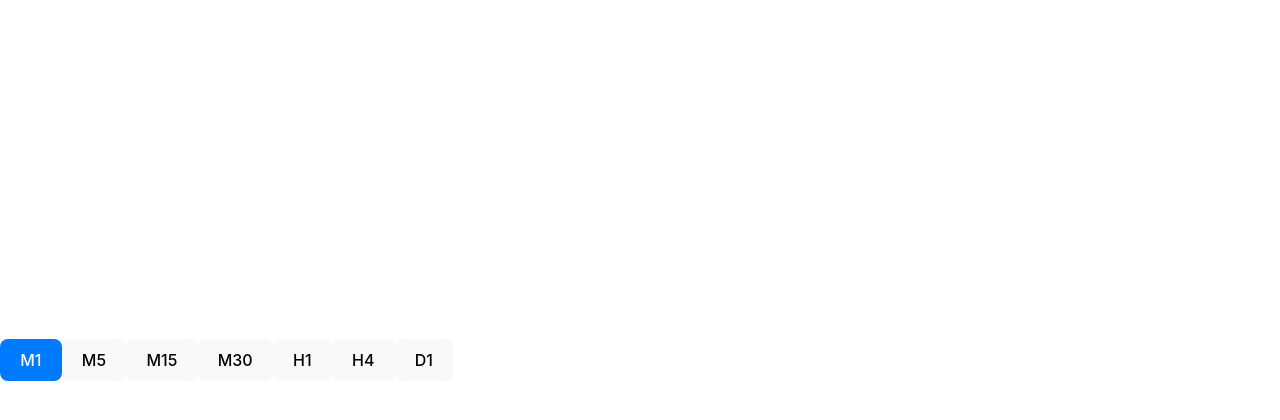
Repository: Deobp/RetroTrader
Page: /
An editor plug-in stored every save of this project. The page is shown before and after the next save, followed by the edit.
The browser window is 1280 px wide. The pictures show the whole page.
The project was rebuilt for these pictures with package versions that can differ from the ones it lists, and the page was loaded fresh each time. Also part of the build but not shown: vite.config.js.

Above is the page before, as saved 2024-11-16 23:25:41.

### src/App.jsx
import { useState } from 'react'
import './App.css'
import TimeframeControls from './components/Controls/TimeframeControls';

function App() {
  const [timeframe, setTimeframe] = useState('1m');
  return (
    <div>
      <TimeframeControls setTf={setTimeframe} activeTf={timeframe} />
    </div>
  )

}

export default App

### src/App.css
.timeframe-buttons button.active {
  background-color: #007bff; /* Change to your desired active color */
  color: white; /* Change text color for better contrast */
}

### src/components/Controls/TimeframeControls.jsx
import React from "react";

const TimeframeControls = ({ setTf, activeTf }) => {
  return (
    <div className="timeframe-buttons">

      <button onClick={() => setTf('1m')} className={activeTf === '1m' ? 'active' : ''}>M1</button>
      <button onClick={() => setTf('5m')}>M5</button>
      <button onClick={() => setTf('15m')}>M15</button>
      <button onClick={() => setTf('30m')}>M30</button>
      <button onClick={() => setTf('1h')}>H1</button>
      <button onClick={() => setTf('4h')}>H4</button>
      <button onClick={() => setTf('1d')}>D1</button>
    </div>
  );
};

export default TimeframeControls;

Loaded but not shown: index.html (common file); src/main.jsx (common file); src/index.css (common file)

After the next save:
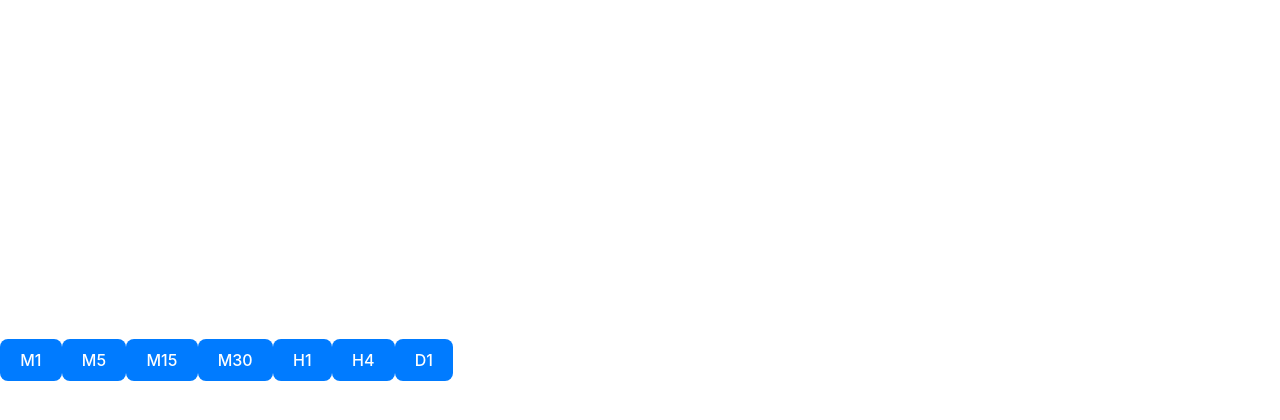
Saved 41 s later.
--- a/src/components/Controls/TimeframeControls.jsx
+++ b/src/components/Controls/TimeframeControls.jsx
@@ -3,14 +3,18 @@
 const TimeframeControls = ({ setTf, activeTf }) => {
   return (
     <div className="timeframe-buttons">
-
-      <button onClick={() => setTf('1m')} className={activeTf === '1m' ? 'active' : ''}>M1</button>
-      <button onClick={() => setTf('5m')}>M5</button>
-      <button onClick={() => setTf('15m')}>M15</button>
-      <button onClick={() => setTf('30m')}>M30</button>
-      <button onClick={() => setTf('1h')}>H1</button>
-      <button onClick={() => setTf('4h')}>H4</button>
-      <button onClick={() => setTf('1d')}>D1</button>
+      <button
+        onClick={() => setTf("1m")}
+        className={activeTf === "1m" ? "active" : ""}
+      >
+        M1
+      </button>
+      <button onClick={() => setTf("5m")} className={activeTf === "1m" ? "active" : ""}>M5</button>
+      <button onClick={() => setTf("15m")} className={activeTf === "1m" ? "active" : ""}>M15</button>
+      <button onClick={() => setTf("30m")} className={activeTf === "1m" ? "active" : ""}>M30</button>
+      <button onClick={() => setTf("1h")} className={activeTf === "1m" ? "active" : ""}>H1</button>
+      <button onClick={() => setTf("4h")} className={activeTf === "1m" ? "active" : ""}>H4</button>
+      <button onClick={() => setTf("1d")} className={activeTf === "1m" ? "active" : ""}>D1</button>
     </div>
   );
 };

After the save that followed:
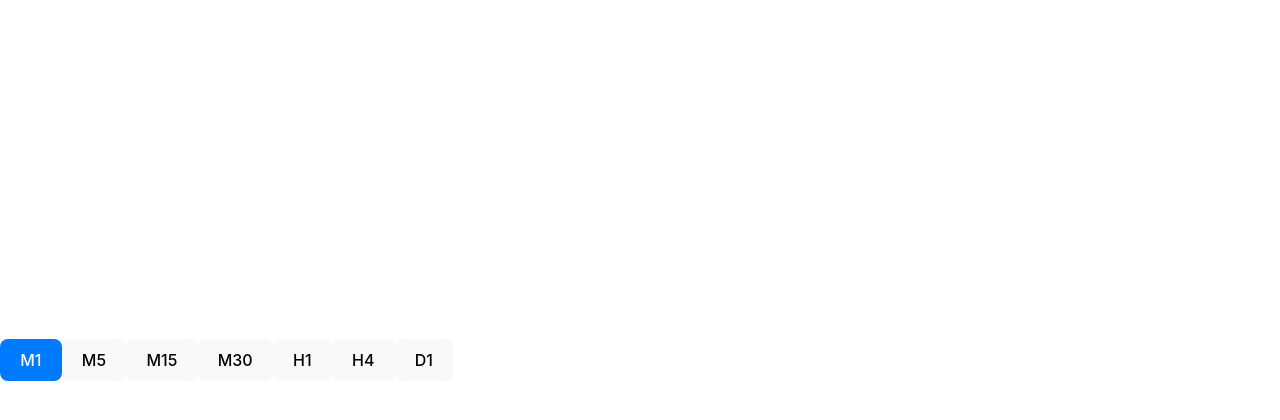
Saved 22 s later.
--- a/src/components/Controls/TimeframeControls.jsx
+++ b/src/components/Controls/TimeframeControls.jsx
@@ -9,12 +9,42 @@
       >
         M1
       </button>
-      <button onClick={() => setTf("5m")} className={activeTf === "1m" ? "active" : ""}>M5</button>
-      <button onClick={() => setTf("15m")} className={activeTf === "1m" ? "active" : ""}>M15</button>
-      <button onClick={() => setTf("30m")} className={activeTf === "1m" ? "active" : ""}>M30</button>
-      <button onClick={() => setTf("1h")} className={activeTf === "1m" ? "active" : ""}>H1</button>
-      <button onClick={() => setTf("4h")} className={activeTf === "1m" ? "active" : ""}>H4</button>
-      <button onClick={() => setTf("1d")} className={activeTf === "1m" ? "active" : ""}>D1</button>
+      <button
+        onClick={() => setTf("5m")}
+        className={activeTf === "5m" ? "active" : ""}
+      >
+        M5
+      </button>
+      <button
+        onClick={() => setTf("15m")}
+        className={activeTf === "15m" ? "active" : ""}
+      >
+        M15
+      </button>
+      <button
+        onClick={() => setTf("30m")}
+        className={activeTf === "30m" ? "active" : ""}
+      >
+        M30
+      </button>
+      <button
+        onClick={() => setTf("1h")}
+        className={activeTf === "1h" ? "active" : ""}
+      >
+        H1
+      </button>
+      <button
+        onClick={() => setTf("4h")}
+        className={activeTf === "1h" ? "active" : ""}
+      >
+        H4
+      </button>
+      <button
+        onClick={() => setTf("1d")}
+        className={activeTf === "1d" ? "active" : ""}
+      >
+        D1
+      </button>
     </div>
   );
 };
